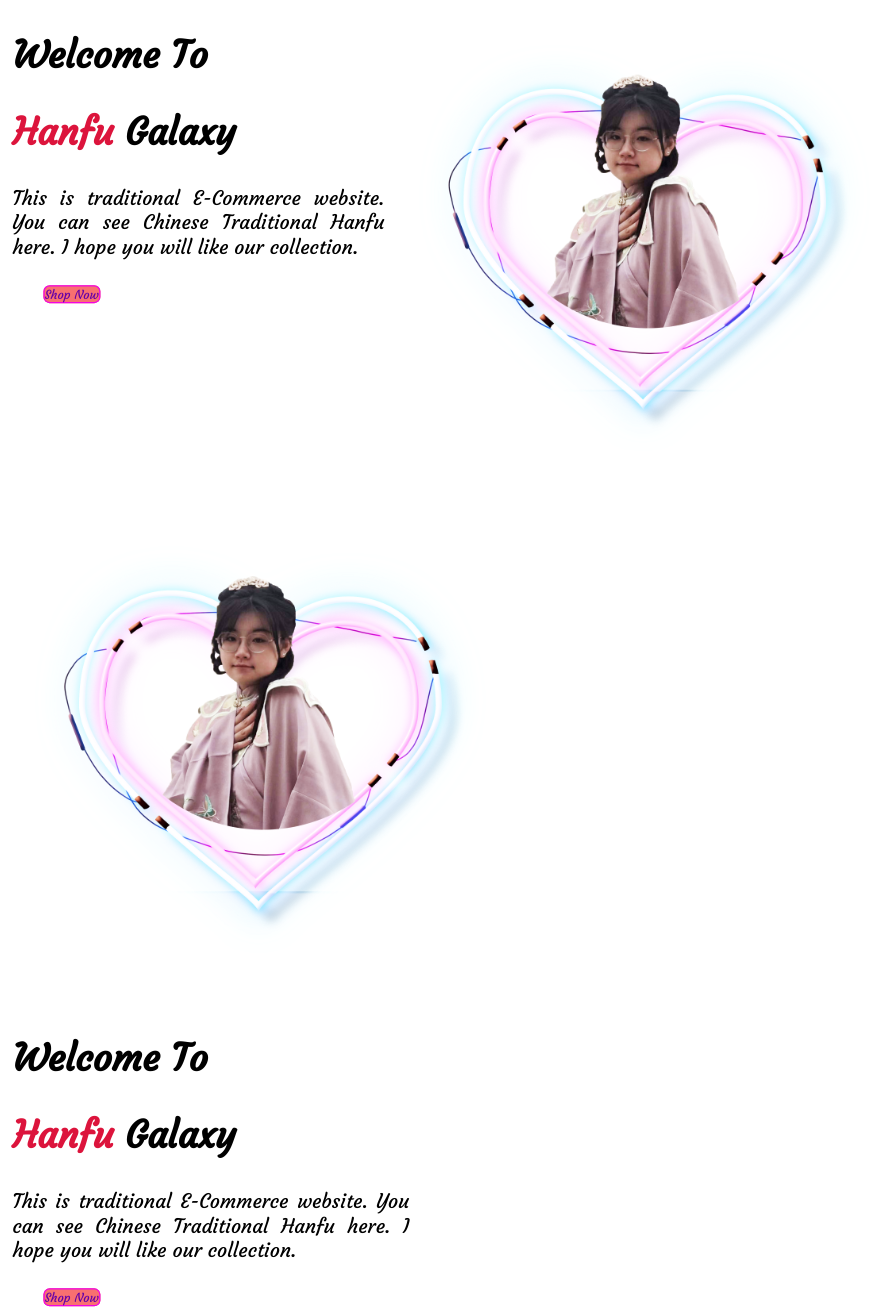
Repository: ramizraaz/E-Commerce
Page: index.html
An editor plug-in stored every save of this project. The page is shown before and after the next save, followed by the edit.
The browser window is 1280 px wide. The page is 1440 px wide, so the pictures cover 1440 px, including what lies to the right of the window. The pictures show the whole page, at 62% of full size.

Above is the page before, as saved 2022-02-06 21:14:19.

After the next save:
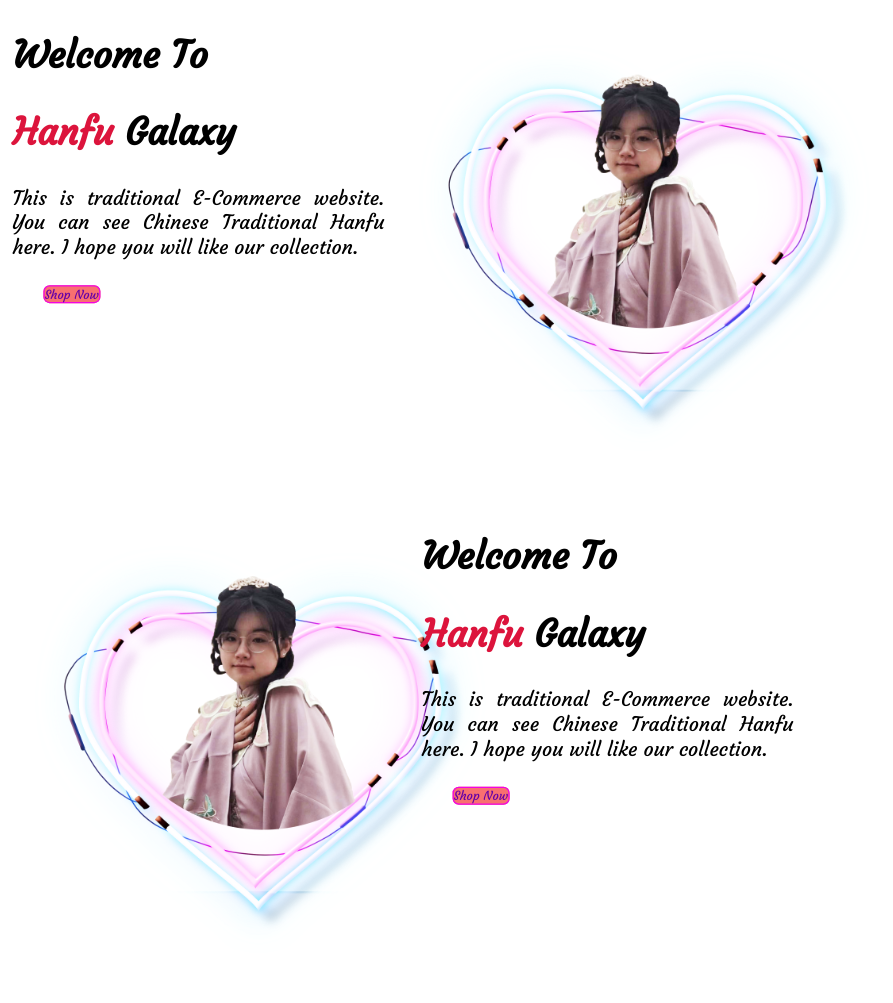
Saved 9 s later.
--- a/main.css
+++ b/main.css
@@ -40,4 +40,6 @@ a {
     padding-left: 20px;
 }
 
-.mid {}
+.mid {
+    display: flex;
+}
